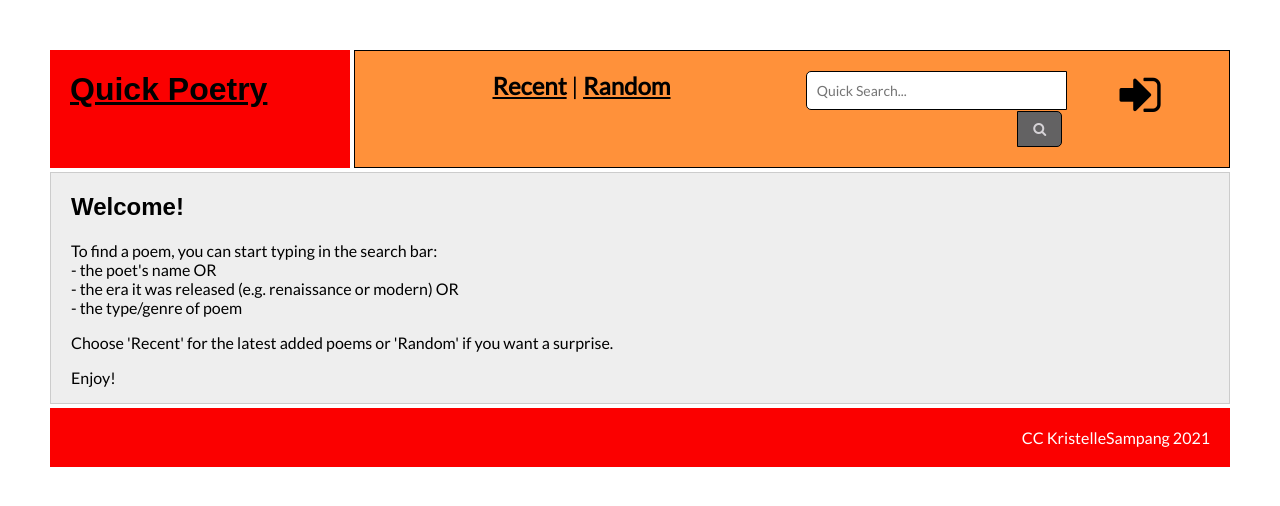
Repository: sampangk71280/Poetry_DB
Page: http://localhost/index.php?page=home
An editor plug-in stored every save of this project. The page is shown before and after the next save, followed by the edit.
The browser window is 1280 px wide. The pictures show the whole page.
Some web fonts or font styles are not loaded; a fallback is used. The page is run by PHP 8.4 with error messages shown; the project is at /var/www/html/.

Above is the page before, as saved 2021-12-07 13:38:34.

### index.php
<!DOCTYPE HTML>

<?php

session_start();
include("config.php");
include("functions.php");

// connect to database
$dbconnect=mysqli_connect(DB_HOST,DB_USERNAME,DB_PASSWORD, DB_NAME);

if(mysqli_connect_errno()){
    echo "Connection failed:".mysqli_connect_error();
    exit;
}

?>


<html lang="en">

<?php include("content/head.php"); ?>

<body>

    <div class="wrapper">

            <?php include("content/heading_navigation.php") ?>

        <div class="box main">

                <?php

                if(!isset($_REQUEST['page'])) {
                    include("content/home.php");
                } // end of if includes home page

                else {
                    // prevents users from navigating through file system
                    $page=preg_replace('/[^0-9a-zA-Z]-/', '', $_REQUEST['page']);
                    include("content/$page.php");

                } // end of else that includes requested content

                ?>

        </div>    <!-- / main -->

        <?php include("content/footer.php"); ?>

    </div>  <!-- / wrapper  -->

</body>

### config.php
<?php

ini_set('display_errors', 'On');  // change to 'Off' when live

define ("DB_NAME","sampangk71280_L3_Poetry");
define ("DB_USERNAME","_sampangk71280");
define ("DB_PASSWORD","QANbMDYSVME7gpyR");
define ("DB_HOST","localhost");

?>

### functions.php
<?php

// function to 'clean' data
function test_input($data) {
	$data = trim($data);
	$data = htmlspecialchars($data); //  needed for correct special character rendering
	return $data;
}


// entity is subject, country, occupation etc
function autocomplete_list($dbconnect, $item_sql, $entity)
{
// Get entity / topic list from database
$all_items_query = mysqli_query($dbconnect, $item_sql);
$all_items_rs = mysqli_fetch_assoc($all_items_query);

// Make item arrays for autocomplete functionality...
while($row=mysqli_fetch_array($all_items_query))
{
  $item=$row[$entity];
  $items[] = $item;
}

$all_items=json_encode($items);
return $all_items;

}


// function to get subject, country & career ID's
function get_ID($dbconnect, $table_name, $column_ID, $column_name, $entity)
{

    if($entity=="")
    {
        return 0;
    }


    // get entity ID if it exists
    $findid_sql = "SELECT * FROM $table_name WHERE $column_name LIKE '$entity'";
    $findid_query = mysqli_query($dbconnect, $findid_sql);
    $findid_rs = mysqli_fetch_assoc($findid_query);
    $findid_count=mysqli_num_rows($findid_query);

    // If subject ID does exists, return it...
    if($findid_count > 0) {
        $find_ID = $findid_rs[$column_ID];
        return $find_ID;
    }   // end if (entity existed, ID returned)


    else {
        $add_entity_sql = "INSERT INTO $table_name ($column_ID, $column_name) VALUES (NULL, '$entity');";
        $add_entity_query = mysqli_query($dbconnect, $add_entity_sql);

    $new_id_sql = "SELECT * FROM $table_name WHERE $column_name LIKE '$entity'";
    $new_id_query = mysqli_query($dbconnect, $new_id_sql);
    $new_id_rs = mysqli_fetch_assoc($new_id_query);

    $new_id = $new_id_rs[$column_ID];

    return $new_id;

    }   // end else (entity added to table and ID returned)

} // end get ID function


function get_rs($dbconnect, $sql)
{
    $find_sql = $sql;
    $find_query = mysqli_query($dbconnect, $find_sql);
    $find_rs = mysqli_fetch_assoc($find_query);

    return $find_rs;
}


function country_job($dbconnect, $entity_1, $entity_2, $label_sg, $label_pl, $table, $entity_ID, $entity_name)
{

    $all_entities = array($entity_1, $entity_2);
    // loop through items and look up their values...

    // Counts # of countries that without ID zero...
    $num_entities = count(array_filter($all_entities));


    if ($num_entities == 1)
    {
    echo "<b>".$label_sg."</b>: ";
    }

    else { echo "<b>".$label_pl."</b>: ";}

    foreach ($all_entities as $entity) {

    $entity_sql = "SELECT * FROM $table WHERE $entity_ID = $entity";
    $entity_query = mysqli_query($dbconnect, $entity_sql);
    $entity_rs = mysqli_fetch_assoc($entity_query);

    if ($entity != 0) {

    ?>


    <span class="author_entity tag"><?php echo $entity_rs[$entity_name]; ?> </span> &nbsp;

    <?php

    } // end entity if

    // break reference with the last element as per the manual
    unset($entity);

    }

}

?>

### content/head.php
<head>
    <meta charset="UTF-8">
    <meta name="description" content="Site featuring poetry from famous authors">
    <meta name="keywords" content="quotes, famous, author, writer, sportsman,
    political activist, sayings, poetry">
    <meta name="author" content="Kristelle Sampang">
    <meta name="viewport" content="width=device-width, initial-scale=1.0">

    <title>Quick Poetry</title>

    <!-- Edit the link below / replace with your chosen google font -->
    <link href="https://fonts.googleapis.com/css?family=Lato%7cUbuntu" rel="stylesheet">

    <!-- Edit the name of your style sheet - 'foo' is not a valid name!! -->
    <link rel="stylesheet" href="theme/quick_poetry.css">
        <link rel="stylesheet" href="theme/font-awesome.min.css">

</head>

### content/heading_navigation.php

        <div class="box banner">


            <h1><a class="heading" href = "index.php?page=home">Quick Poetry</a></h1>
        </div>    <!-- / banner -->

        <!-- Navigation goes here.  Edit BOTH the file name and the link name -->
        <div class="box nav">

            <div class="linkwrapper">
                <div class="commonsearches">
                    <a href="index.php?page=recent">Recent</a> |
                    <a href="index.php?page=random">Random</a>
                </div>  <!-- / common searches -->

                 <div class="topsearch">

                    <!-- Quick Search -->
                    <form method="post" action="index.php?page=quick_search"
                    enctype="multipart/form-data">

                        <input class="search quicksearch" type="text"
                        name="quick_search" width="40" value="" required placeholder="Quick Search..." />

                        <input class="submit" type="submit" name="find_quick" value="&#xf002;" />

                    </form>     <!-- / quick search -->

                </div>  <!-- / top search -->

                <div class="topadmin">

                <?php

                    if (isset($_SESSION['admin'])) {

                    ?>

                    <a href="index.php?page=../admin/new_poem" title="Add a quote"><i class="fa fa-plus fa-2x"></i></a>

                    &nbsp; &nbsp;

                    <a href="index.php?page=../admin/logout" title="Log Out">
                        <i class="fa fa-sign-out fa-2x"></i>
                    </a>

                    <?php
                    } // end user if logged in if

                    else {
                        ?>

                    <a href="index.php?page=../admin/login" title="Log In">
                        <i class="fa fa-sign-in fa-2x"></i>
                    </a>

                    <?php // end of login else
                    }

                    ?>


                </div>  <!-- / top admin -->

            </div>  <!--- / link wrapper -->

        </div>    <!-- / nav -->

### content/home.php
<h2>Welcome!</h2>

            <p>
                To find a poem, you can start typing in the search bar: <br/>
                - the poet's name OR <br/>
                - the era it was released (e.g. renaissance or modern) OR <br/>
                - the type/genre of poem
            </p>

            <p>
                Choose 'Recent' for the latest added poems or 'Random' if you want a surprise.
            </p>

            <p>
                Enjoy!
            </p>

### content/footer.php
<div class="box footer">
            CC KristelleSampang 2021
        </div>    <!-- / footer -->

### theme/quick_poetry.css
body {
    margin: auto;
    padding: 50px;
    color: #000;
    font-family: 'Lato', sans-serif;
}

/* Box (for corners & padding) */
.box {
    padding-left: 20px;
    /* border-radius: 10px; */
    background-color: #ddd;
}


/* Set up grids... specifics */

/*  #### Grid for Main page #### */


.wrapper {
    display: grid;
    grid-template-columns: 300px 1fr;
    grid-template-rows: auto;
    grid-template-areas:
        "banner nav"
        "main main"
        "footer footer";
        grid-gap: 4px;

}
@media only screen and (max-width: 1100px){
    .wrapper{
    grid-template-columns: auto;
    grid-template-rows: auto;
    grid-template-areas:
        "banner"
        "nav"
        "main"
        "footer";
    }
}
.banner {
    grid-area: banner;
}

.nav {
    grid-area: nav;
    background-color: #ff913a;  /* orange  */
    font-size: 150%;
    padding: 20px;
    vertical-align: middle;
    border: solid 1px;
}

.main {
    grid-area: main;
    background-color: #eee;  /* very pale grey */
    border: solid 1px #CCC;
}


.footer {
    grid-area: footer;
    text-align: right;
    padding: 20px;
}

/*  #### Grid for Navigation area page #### */

.linkwrapper {
    display: grid;
    grid-template-columns: 3fr 2fr 1fr;
    grid-template-areas:
        "commonsearches topsearch topadmin";
    grid-gap: 4px;
}


.commonsearches {
    grid-area: commonsearches;
    text-align: center;
}

.topsearch {
    grid-area: topsearch;
    text-align: right;
}

.topadmin {
    grid-area: topadmin;
    text-align: center;
}

/* Make navigation responsive */

@media only screen and (max-width: 800px){
    .linkwrapper{
        grid-template-columns: auto;
        grid-template-rows: auto;
        grid-template-areas:
            "commonsearches commonsearches"
            "topsearch topadmim";
    }

    .commonsearches{
        text-align: left;
    }

    .topsearch{
        text-align: left;
    }

    .topadmin {
        text-align: right;
    }
}

/* ### Additional div styling (put colours / corners here) */


/* Area colouring... */

/* logo, banner and footer background are the same */
.banner, .footer {
    background-color: #fb0000;  /* bold red */
}

/* Set font on dark areas to white */
.logo, .banner, .side, .footer {
    color: #fff;
}

/* #### Links Styling  #### */

/* Navigation Links */
a.topnav {font-weight: bold;}
a.topnav:link, a.topnav:visited {color: #007c72;} /*dark teal */
a.topnav:hover {color: #707a00; text-decoration: none;}


/* links in page */
a {font-weight: bold;}
a:link{color: #000;} /* white */
a:visited{color: rgb(73, 73, 73);} /* black */
a:hover{color: white;}

/* #### Headings / text styling #### */
h1, h2, h3, h4 {
    font-family: 'Ubuntu', sans-serif;
}

h5 {
    font-family: 'Ubuntu', sans-serif;
    font-weight: bold;
    font-size: 16px;
}

.sub_heading {
    font-family: 'Ubuntu', sans-serif;
    color: #593849; /* purple */
    font-weight: bold;
}

/* ### Form / Search  Styling #### */

form {
    width: 100%;
    float: left;
}

.search {
    background:#fff;
    width: 75%;
}

.submit::-moz-focus-inner {
    border: 0;
}


.submit {
    font-family: FontAwesome, 'Helvetica Neue', Helvetica, Arial, sans-serif;
    position:relative;
    width: 45px;
    font-size: 14px;

    left:-5px;
    background-color: #636263;
    color:#d6d3d7;
    border: 1px solid #000;
    border-radius: 0 5px 5px 0;
    display: inline-block;
    padding: 10px;
}


input[type="submit"]:hover {
    background-color: #000;
}


input {
    font-size: 14px;
    padding: 10px;
    display: inline-block;
    border: 1px solid #000;
    box-sizing: border-box;
}


.quicksearch {
    border-radius: 5px 0 0 5px;
    display: inline-block;
    position: relative;
}

/* ### Results styling, includes 'tags' button ### */
.results{
    background-color:#D2D2D2;
    border: solid 1px #000;
    padding: 10px;

    margin-right: 20px;
    border-radius: 20px;
}

.tag{
    background-color: #ff913a ;  /* orange like heading*/
    padding: 5px;
    padding-left: 10px;
    padding-right: 10px;
    border: solid 1px #000;
    border-radius: 5px;
}
.authortag{
    background-color: #FFA660; /* orange */
    padding: 5px;
    padding-left: 10px;
    padding-right: 10px;
    border: solid 1px #000;
    border-radius: 5px;
}

.deletetag{
    background-color: #FFA660 ;
    padding: 5px;
    padding-left: 10px;
    padding-right: 10px;
    border: solid 1px #000;
    border-radius: 5px;
}

.deletetagno{
    background-color: #ff4646 ;
    padding: 5px;
    padding-left: 10px;
    padding-right: 10px;
    border: solid 1px #000;
    border-radius: 5px;
}

.about{
    background: #FFEC00; /* yellow */
    border: solid 1px #E9D800; /* yellow but slightly darker*/
    padding: 10px;
    border-radius: 10px;
    margin-right: 20px;
}

.error{
    background-color:  #ffcece;
    color: #721a1a;
    border-radius: 10px;
    padding: 10px;
    border: solid 1px #721a1a;

}

/* editing tools formatting */
.edit-tools {
    text-align: right;
    padding-right: 20px;
}

/* Form Formatting css */

/* make height of drop downs slightly larger */
select {
    height: 40px;
    padding: 5px;
}

/* controls input field on autocomplete boxes (pink for error,
white for OK) */

input.tag-error[type=text]{
    background-color: #ff9e9e;
}

input.tag-ok[type=text]{
    background-color: #fff;

}

/* field backgrounds */
.form-ok{
    background-color: #fff;

}

.form-error{
    background-color: #ff9e9e;
}

/* error messages */
.no-error {
    display: none;
}

.error-text{
    color: darkred;
}

textarea,
input[type=text] {
    font-family: 'Lato', sans-serif;
    padding: 10px;
    border-width: 1px;
    margin: auto;
    width: 95%;
}

.add-field {
    width: 95%;
}

textarea {
    width: 90%;
    max-width: 700px;
}

Loaded but not shown: theme/font-awesome.min.css (library)

After the next save:
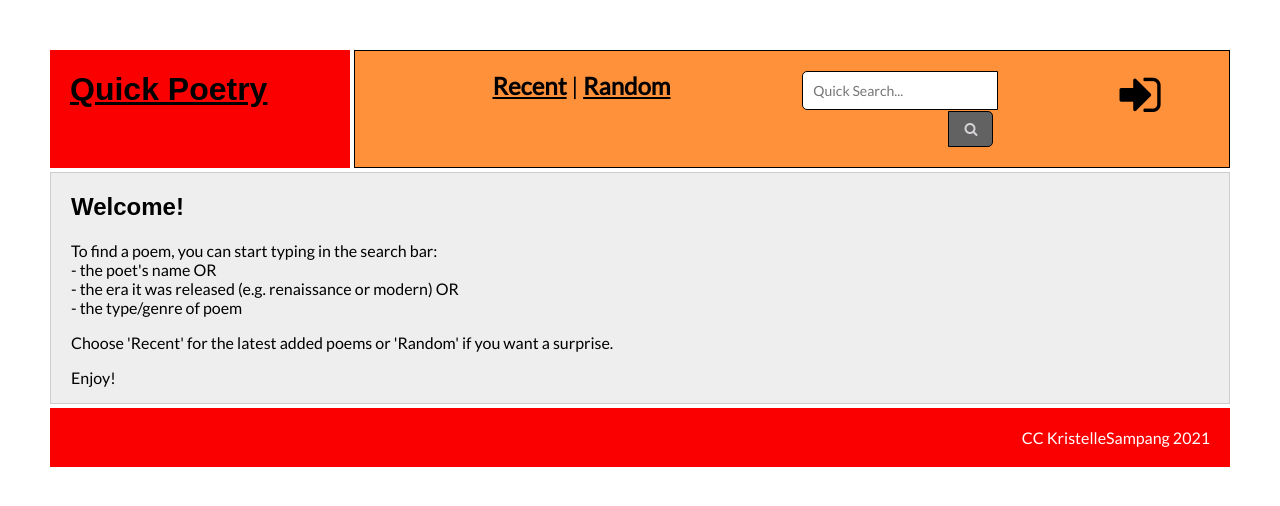
Saved 2 min 6 s later.
--- a/theme/quick_poetry.css
+++ b/theme/quick_poetry.css
@@ -85,6 +85,7 @@ body {
 .topsearch {
     grid-area: topsearch;
     text-align: right;
+    width: 75%;
 }
 
 .topadmin {
